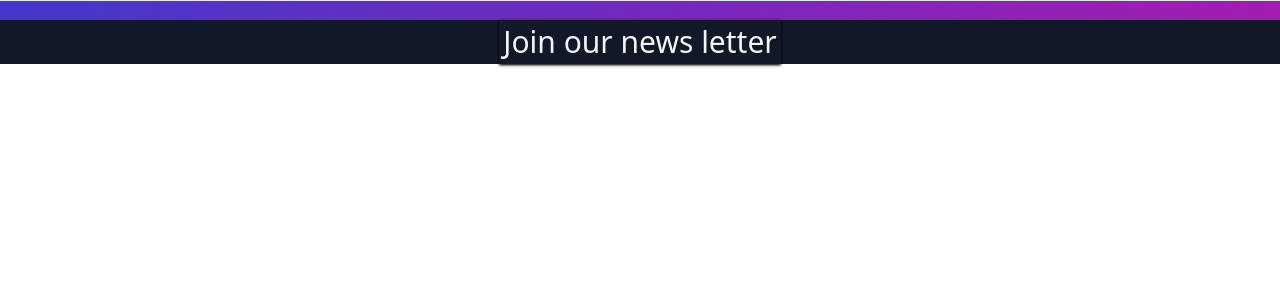
Repository: kenyi-mic/Luka_blog
Page: /footer
These files come from the project's save history. The page is drawn as it stood at one moment and after the next save; the edit follows.
The browser window is 1280 px wide. The pictures show the whole page.
The project was rebuilt for these pictures with package versions that can differ from the ones it lists, and the page was loaded fresh each time. The framework's server and built-in components were replaced by stand-ins that run in the browser. Also part of the build but not shown: next.config.js.

Above is the page before, as saved 2022-04-18 15:12:14.

### pages/footer.tsx
import React from 'react'

function Footer() {
  return (
      <div className="flex flex-col">
    <hr className="w-full h-5 bg-gradient-to-r from-indigo-700 to-fuchsia-700"/>
    <div className="bg-gray-900 w-full flex flex-col items-center">
    <h1 className="text-3xl shadow shadow-black p-1 text-gray-100">Join our news letter</h1>

    </div>
      </div>

  )
}

export default Footer

Loaded but not shown: pages/_app.tsx (common file); styles/globals.css (common file); tailwind.config.js (common file)

After the next save:
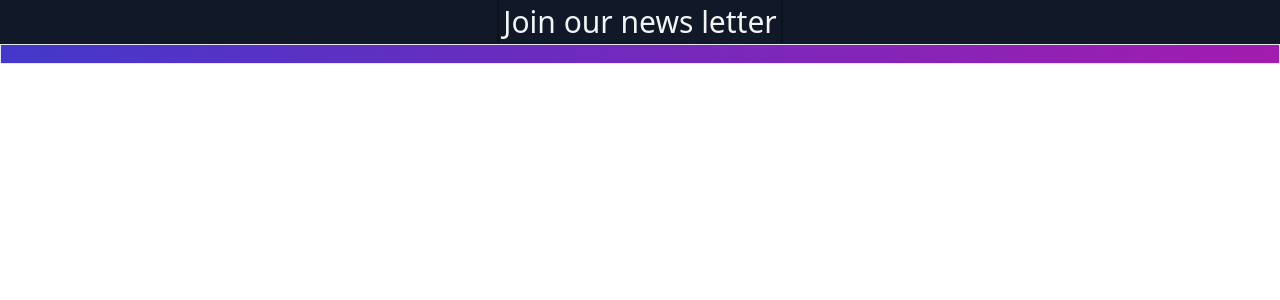
Saved 61 s later.
--- a/pages/footer.tsx
+++ b/pages/footer.tsx
@@ -2,14 +2,10 @@
 
 function Footer() {
   return (
-      <div className="flex flex-col">
-    <hr className="w-full h-5 bg-gradient-to-r from-indigo-700 to-fuchsia-700"/>
     <div className="bg-gray-900 w-full flex flex-col items-center">
-    <h1 className="text-3xl shadow shadow-black p-1 text-gray-100">Join our news letter</h1>
-
+        <h1 className="text-3xl shadow shadow-black p-1 text-gray-100">Join our news letter</h1>
+        <hr className="w-full h-5 border bg-gradient-to-r from-indigo-700 to-fuchsia-700"/>
     </div>
-      </div>
-
   )
 }
 
